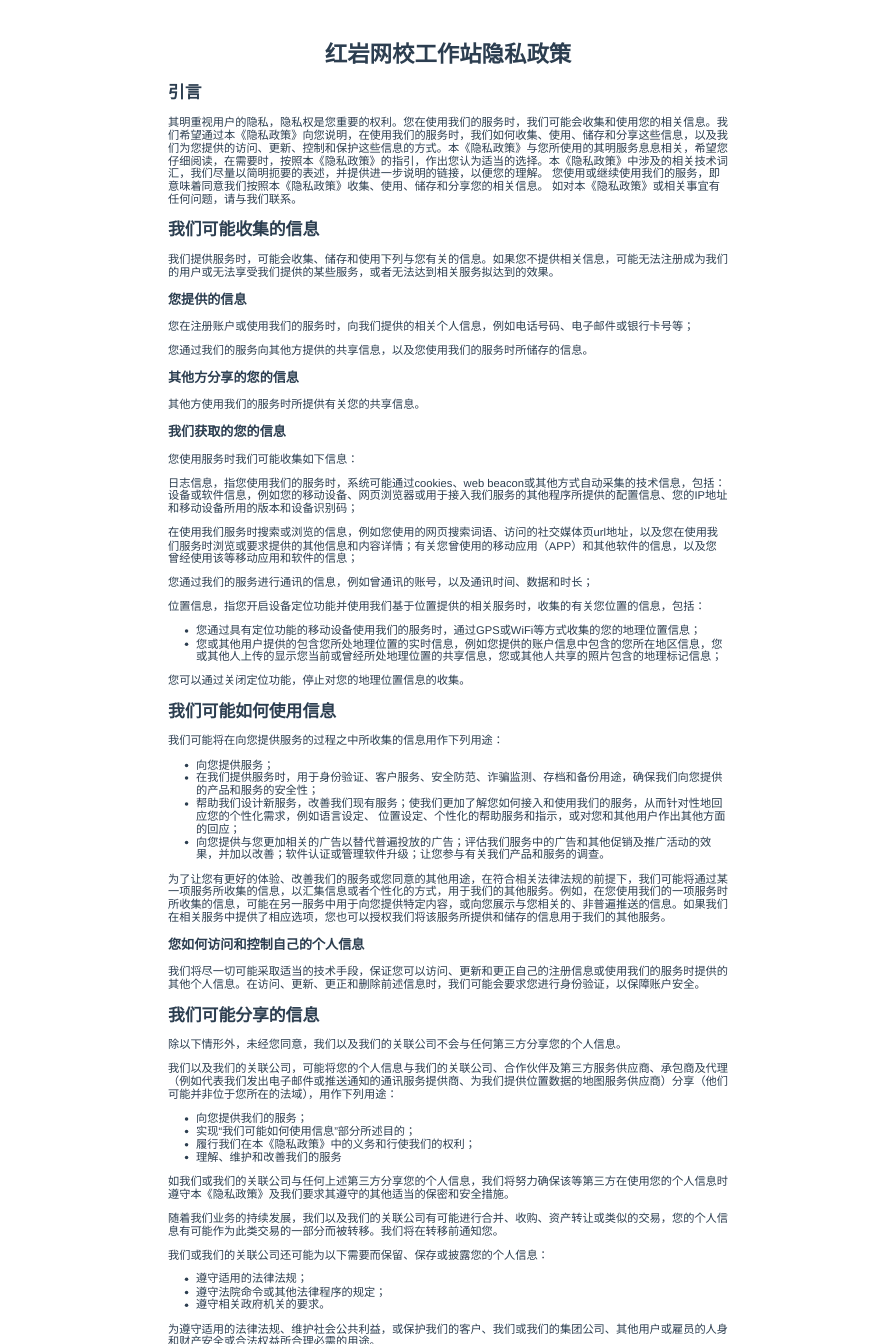
Repository: zl-mdc/privacy-policy
Page: /
An editor plug-in stored every save of this project. The page is shown before and after a run of saves, followed by the edit.
The browser window is 1280 px wide. The pictures show the part of the page from y = 0 to 1920 px (the page is 3662 px tall before and 3699 px after), at 70% of full size.
The project was rebuilt for these pictures with package versions that can differ from the ones it lists, and the page was loaded fresh each time.

Above is the page before, as saved 2020-09-17 16:16:27.

### src/main.js
import Vue from 'vue'
import App from './App.vue'
import 'normalize.css'

Vue.config.productionTip = false

new Vue({
  render: h => h(App),
}).$mount('#app')

### src/App.vue
<template>
  <div id="app">
    <Info />
  </div>
</template>

<script>
import Info from './components/Info';

export default {
  name: 'App',
  components: {
    Info
  }
}
</script>

<style>
#app {
  font-family: Avenir, Helvetica, Arial, sans-serif;
  -webkit-font-smoothing: antialiased;
  -moz-osx-font-smoothing: grayscale;
  text-align: center;
  color: #2c3e50;
  margin-top: 60px;
}
</style>

### src/components/Info.vue
<!--
 * @Author: Code_Master
 * @Date: 2020-09-17 15:00:51
 * @LastEditTime: 2020-09-17 16:16:27
 * @LastEditors: Code_Master
 * @FilePath: /privacy-policy/src/components/Info.vue
 * @Description: The first 90% of the code accounts for the first 90% of the development time. The remaining 10% of the code accounts for the other 90% of the development time.
-->
<template>
    <div id="info">
          <h1>红岩网校工作站隐私政策</h1>

          <h2>引言</h2>
          <p><span></span>其明重视用户的隐私，隐私权是您重要的权利。您在使用我们的服务时，我们可能会收集和使用您的相关信息。我们希望通过本《隐私政策》向您说明，在使用我们的服务时，我们如何收集、使用、储存和分享这些信息，以及我们为您提供的访问、更新、控制和保护这些信息的方式。本《隐私政策》与您所使用的其明服务息息相关，希望您仔细阅读，在需要时，按照本《隐私政策》的指引，作出您认为适当的选择。本《隐私政策》中涉及的相关技术词汇，我们尽量以简明扼要的表述，并提供进一步说明的链接，以便您的理解。 您使用或继续使用我们的服务，即意味着同意我们按照本《隐私政策》收集、使用、储存和分享您的相关信息。 如对本《隐私政策》或相关事宜有任何问题，请与我们联系。 </p>

          <h2>我们可能收集的信息</h2>
          <p>我们提供服务时，可能会收集、储存和使用下列与您有关的信息。如果您不提供相关信息，可能无法注册成为我们的用户或无法享受我们提供的某些服务，或者无法达到相关服务拟达到的效果。</p>
          <h3>您提供的信息</h3>
          <p>您在注册账户或使用我们的服务时，向我们提供的相关个人信息，例如电话号码、电子邮件或银行卡号等；</p>
          <p>您通过我们的服务向其他方提供的共享信息，以及您使用我们的服务时所储存的信息。</p>
          <h3>其他方分享的您的信息</h3>
          <p>其他方使用我们的服务时所提供有关您的共享信息。</p>
          <h3>我们获取的您的信息</h3>
          <p>您使用服务时我们可能收集如下信息：</p>
          <p>日志信息，指您使用我们的服务时，系统可能通过cookies、web beacon或其他方式自动采集的技术信息，包括：设备或软件信息，例如您的移动设备、网页浏览器或用于接入我们服务的其他程序所提供的配置信息、您的IP地址和移动设备所用的版本和设备识别码；</p>
          <p>在使用我们服务时搜索或浏览的信息，例如您使用的网页搜索词语、访问的社交媒体页url地址，以及您在使用我们服务时浏览或要求提供的其他信息和内容详情；有关您曾使用的移动应用（APP）和其他软件的信息，以及您曾经使用该等移动应用和软件的信息；</p>
          <p>您通过我们的服务进行通讯的信息，例如曾通讯的账号，以及通讯时间、数据和时长；</p>
          <p>位置信息，指您开启设备定位功能并使用我们基于位置提供的相关服务时，收集的有关您位置的信息，包括：</p>
          <ul>
              <li>您通过具有定位功能的移动设备使用我们的服务时，通过GPS或WiFi等方式收集的您的地理位置信息；</li>
              <li>您或其他用户提供的包含您所处地理位置的实时信息，例如您提供的账户信息中包含的您所在地区信息，您或其他人上传的显示您当前或曾经所处地理位置的共享信息，您或其他人共享的照片包含的地理标记信息；</li>
          </ul>
          <p>您可以通过关闭定位功能，停止对您的地理位置信息的收集。</p>

          <h2>我们可能如何使用信息</h2>
          <p>我们可能将在向您提供服务的过程之中所收集的信息用作下列用途：</p>
          <ul>
              <li>向您提供服务； </li>
              <li>在我们提供服务时，用于身份验证、客户服务、安全防范、诈骗监测、存档和备份用途，确保我们向您提供的产品和服务的安全性； </li>
              <li>帮助我们设计新服务，改善我们现有服务；使我们更加了解您如何接入和使用我们的服务，从而针对性地回应您的个性化需求，例如语言设定、 位置设定、个性化的帮助服务和指示，或对您和其他用户作出其他方面的回应；</li>
              <li>向您提供与您更加相关的广告以替代普遍投放的广告；评估我们服务中的广告和其他促销及推广活动的效果，并加以改善；软件认证或管理软件升级；让您参与有关我们产品和服务的调查。</li>
          </ul>
          <p>为了让您有更好的体验、改善我们的服务或您同意的其他用途，在符合相关法律法规的前提下，我们可能将通过某一项服务所收集的信息，以汇集信息或者个性化的方式，用于我们的其他服务。例如，在您使用我们的一项服务时所收集的信息，可能在另一服务中用于向您提供特定内容，或向您展示与您相关的、非普遍推送的信息。如果我们在相关服务中提供了相应选项，您也可以授权我们将该服务所提供和储存的信息用于我们的其他服务。</p>
          <h3>您如何访问和控制自己的个人信息</h3>
          <p>我们将尽一切可能采取适当的技术手段，保证您可以访问、更新和更正自己的注册信息或使用我们的服务时提供的其他个人信息。在访问、更新、更正和删除前述信息时，我们可能会要求您进行身份验证，以保障账户安全。</p>

          <h2>我们可能分享的信息</h2>
          <p>除以下情形外，未经您同意，我们以及我们的关联公司不会与任何第三方分享您的个人信息。</p>
          <p>我们以及我们的关联公司，可能将您的个人信息与我们的关联公司、合作伙伴及第三方服务供应商、承包商及代理（例如代表我们发出电子邮件或推送通知的通讯服务提供商、为我们提供位置数据的地图服务供应商）分享（他们可能并非位于您所在的法域），用作下列用途：</p>
          <ul>
              <li>向您提供我们的服务；</li>
              <li>实现“我们可能如何使用信息”部分所述目的；</li>
              <li>履行我们在本《隐私政策》中的义务和行使我们的权利； </li>
              <li>理解、维护和改善我们的服务</li>
          </ul>
          <p>如我们或我们的关联公司与任何上述第三方分享您的个人信息，我们将努力确保该等第三方在使用您的个人信息时遵守本《隐私政策》及我们要求其遵守的其他适当的保密和安全措施。</p>
          <p>随着我们业务的持续发展，我们以及我们的关联公司有可能进行合并、收购、资产转让或类似的交易，您的个人信息有可能作为此类交易的一部分而被转移。我们将在转移前通知您。</p>
          <p>我们或我们的关联公司还可能为以下需要而保留、保存或披露您的个人信息：</p>
          <ul>
              <li>遵守适用的法律法规；</li>
              <li>遵守法院命令或其他法律程序的规定； </li>
              <li>遵守相关政府机关的要求。 </li>
          </ul>
          <p>为遵守适用的法律法规、维护社会公共利益，或保护我们的客户、我们或我们的集团公司、其他用户或雇员的人身和财产安全或合法权益所合理必需的用途。</p>

          <h2>信息安全</h2>
          <p>我们仅在本《隐私政策》所述目的所必需的期间和法律法规要求的时限内保留您的个人信息。</p>
          <p>我们使用各种安全技术和程序，以防信息的丢失、不当使用、未经授权阅览或披露。例如，在某些服务中，我们将利用加密技术（例如SSL）来保护您提供的个人信息。但请您理解，由于技术的限制以及可能存在的各种恶意手段，在互联网行业，即便竭尽所能加强安全措施，也不可能始终保证信息百分之百的安全。您需要了解，您接入我们的服务所用的系统和通讯网络，有可能因我们可控范围外的因素而出现问题。</p>

          <h2>您分享的信息</h2>
          <p>我们的多项服务，可让您不仅与自己的社交网络，也与使用该服务的所有用户公开分享您的相关信息，例如，您在我们的服务中所上传或发布的信息（包括您公开的个人信息、您建立的名单）、您对其他人上传或发布的信息作出的回应，以及包括与这些信息有关的位置数据和日志信息。使用我们服务的其他用户也有可能分享与您有关的信息（包括位置数据和日志信息）。特别是，我们的社交媒体服务，是专为使您与世界各地的用户共享信息而设计，您可以使共享信息实时、广泛地传递。只要您不删除共享信息，有关信息会一直留存在公共领域；即使您删除共享信息，有关信息仍可能由其他用户或不受我们控制的非关联第三方独立地缓存、复制或储存，或由其他用户或该等第三方在公共领域保存。</p>
          <p>因此，请您谨慎考虑通过我们的服务上传、发布和交流的信息内容。在一些情况下，您可通过我们某些服务的隐私设定来控制有权浏览您共享信息的用户范围。如要求从我们的服务中删除您的相关信息，请通过该等特别服务条款提供的方式操作。</p>

          <h2>您分享的敏感个人信息  </h2>
          <p>某些个人信息因其特殊性可能被认为是敏感个人信息，例如您的种族、宗教、个人健康和医疗信息等。相比其他个人信息，敏感个人信息受到更加严格的保护。</p>
          <p>请注意，您在使用我们的服务时所提供、上传或发布的内容和信息（例如有关您社交活动的照片等信息），可能会泄露您的敏感个人信息。您需要谨慎地考虑，是否在使用我们的服务时披露相关敏感个人信息。</p>
          <p>您同意按本《隐私政策》所述的目的和方式来处理您的敏感个人信息。</p>

          <h2>我们可能如何收集信息</h2>
          <p>我们或我们的第三方合作伙伴，可能通过cookies和web beacon收集和使用您的信息，并将该等信息储存为日志信息。</p>
          <p>我们使用自己的cookies和web beacon，目的是为您提供更个性化的用户体验和服务，并用于以下用途：</p>
          <ul>
              <li>记住您的身份。例如：cookies和web beacon有助于我们辨认您作为我们的注册用户的身份，或保存您向我们提供的有关您的喜好或其他信息；</li>
              <li>分析您使用我们服务的情况。例如，我们可利用cookies和web beacon来了解您使用我们的服务进行什么活动，或哪些网页或服务最受您的欢迎;</li>
              <li>广告优化。Cookies和web beacon有助于我们根据您的信息，向您提供与您相关的广告而非进行普遍的广告投放。</li>
          </ul>
          <p>我们为上述目的使用cookies和web beacon的同时，可能将通过cookies和web beacon收集的非个人身份信息，经统计加工后提供给广告商或其他合作伙伴，用于分析用户如何使用我们的服务，并用于广告服务。</p>
          <p>我们的产品和服务上可能会有广告商或其他合作方放置的cookies和web beacon。这些cookies和web beacon可能会收集与您相关的非个人身份信息，以用于分析用户如何使用该等服务、向您发送您可能感兴趣的广告，或用于评估广告服务的效果。这些第三方cookies和web beacon收集和使用该等信息，不受本《隐私政策》约束，而是受相关使用者的隐私政策约束，我们不对第三方的cookies或web beacon承担责任。</p>
          <p>您可以通过浏览器设置拒绝或管理cookies或web beacon。但请注意，如果停用cookies或web beacon，您有可能无法享受最佳的服务体验，某些服务也可能无法正常使用。同时，您还会收到同样数量的广告，但这些广告与您的相关性会降低。</p>

          <h2>我们可能向您发送的邮件和信息 </h2>
          <h3>邮件和信息推送</h3>
          <p>您在使用我们的服务时，我们可能使用您的信息向您的设备发送电子邮件、新闻或推送通知。如您不希望收到这些信息，可以按照我们的相关提示，在设备上选择取消订阅。</p>
          <h3>与服务有关的公告</h3>
          <p>我们可能在必要时（例如因系统维护而暂停某一项服务时）向您发出与服务有关的公告。您可能无法取消这些与服务有关、性质不属于推广的公告。</p>

          <h2>隐私政策的适用范围</h2>
          <p>除某些特定服务外，我们所有的服务均适用本《隐私政策》。这些特定服务将适用特定的隐私政策。针对某些特定服务的特定隐私政策，将更具体地说明我们在该等服务中如何使用您的信息。该特定服务的隐私政策构成本《隐私政策》的一部分。如相关特定服务的隐私政策与本《隐私政策》有不一致之处，适用该特定服务的隐私政策。</p>
          <p>除本《隐私政策》另有规定外，本《隐私条款》所用词语将与《其明服务协议》所定义的词语具有相同的涵义。</p>
          <p>请您注意，本《隐私政策》不适用于以下情况：</p>
          <ul>
              <li>通过我们的服务而接入的第三方服务（包括任何第三方网站）收集的信息；</li>
              <li>通过在我们服务中进行广告服务的其他公司或机构所收集的信息。 </li>
          </ul>

          <h2>变更</h2>
          <p>我们可能适时修订本《隐私政策》的条款，该等修订构成本《隐私政策》的一部分。如该等修订造成您在本《隐私政策》下权利的实质减少，我们将在修订生效前通过在主页上显著位置提示或向您发送电子邮件或以其他方式通知您。在该种情况下，若您继续使用我们的服务，即表示同意受经修订的本《隐私政策》的约束。</p>
    </div>
</template>

<script>
export default {
    name: "Info",
}
</script>

<style>
    #info {
        width: 800px;
        margin: 0 auto;
        text-align: left;
    }
    h1 {
        text-align: center;
    }
</style>

Loaded but not shown: public/index.html (common file)

After the next 2 saves:
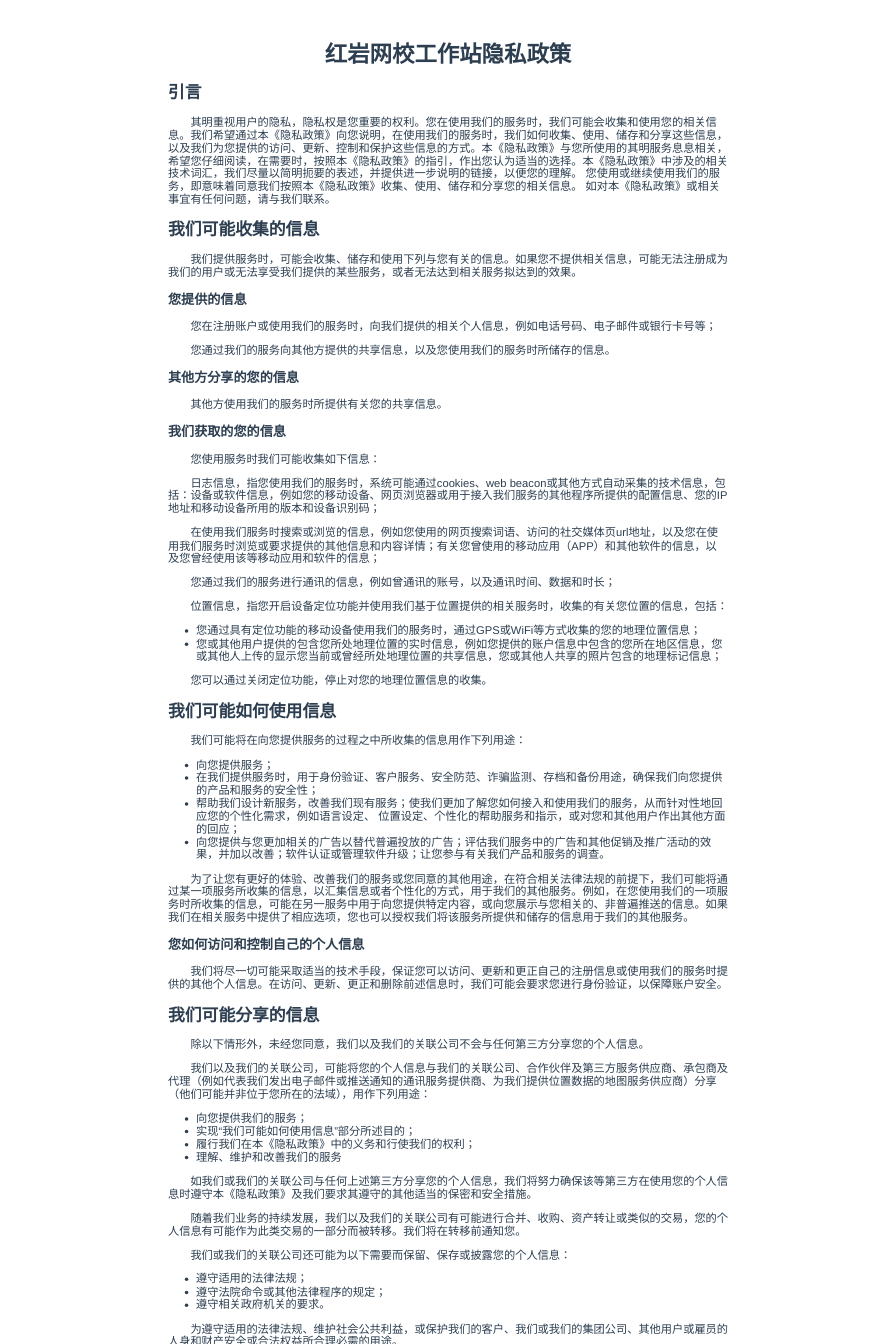
The 2 saves are shown as one change because they came seconds apart.
The last was saved 114 s later.
--- a/src/components/Info.vue
+++ b/src/components/Info.vue
@@ -1,7 +1,7 @@
 <!--
  * @Author: Code_Master
  * @Date: 2020-09-17 15:00:51
- * @LastEditTime: 2020-09-17 16:16:27
+ * @LastEditTime: 2020-09-17 16:18:20
  * @LastEditors: Code_Master
  * @FilePath: /privacy-policy/src/components/Info.vue
  * @Description: The first 90% of the code accounts for the first 90% of the development time. The remaining 10% of the code accounts for the other 90% of the development time.
@@ -123,4 +123,7 @@ export default {
     h1 {
         text-align: center;
     }
+    p {
+        text-indent:2em;
+    }
 </style>
